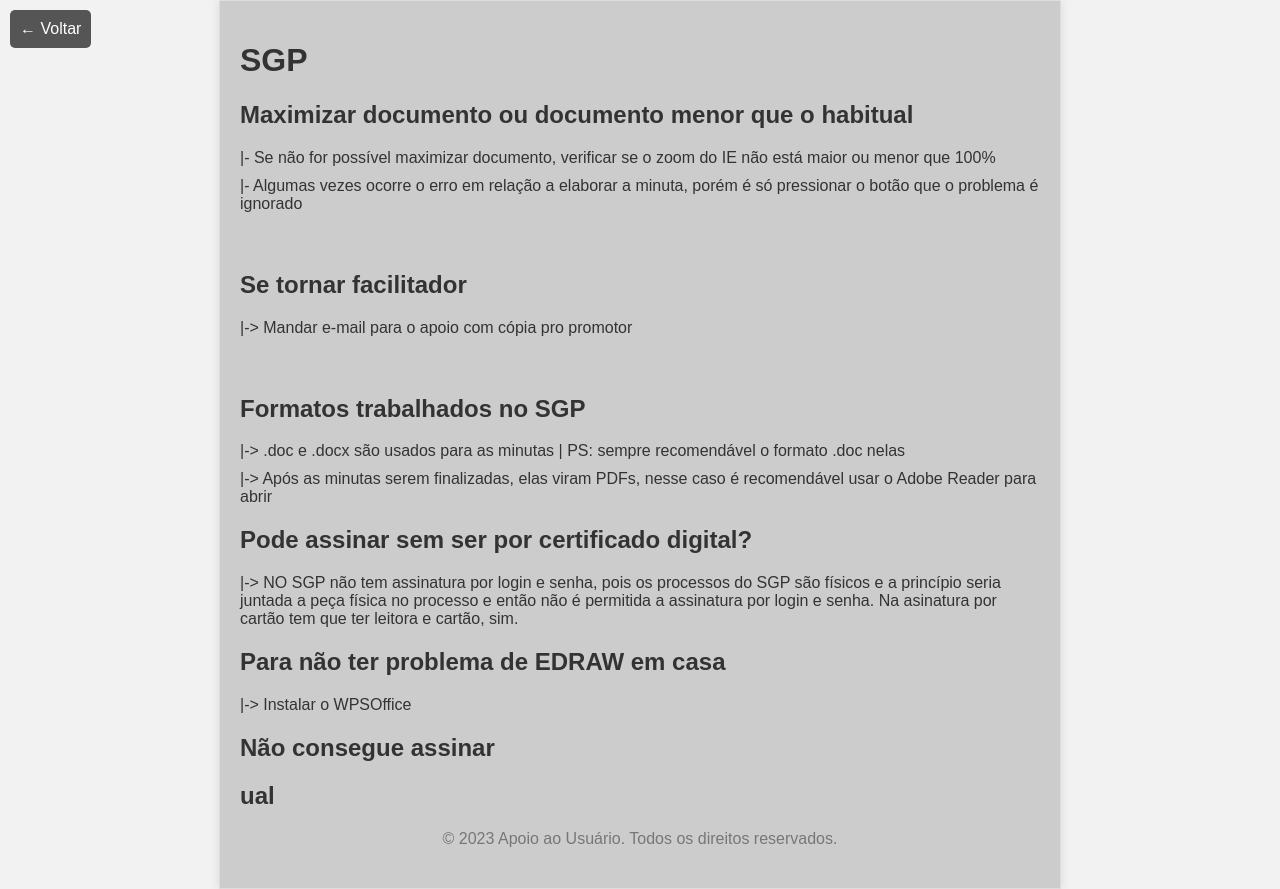
Repository: I4guito/dicasdez
Page: Dicas site/Dicas/SGP.html
These files come from the project's save history. The page is drawn as it stood at one moment and after the next save; the edit follows.
The browser window is 1280 px wide. The pictures show the whole page.

Above is the page before, as saved 2023-12-05 13:33:31.

### Dicas site/Dicas/SGP.html
<!DOCTYPE html>
<html lang="pt-br">
<head>
    <meta charset="UTF-8">
    <meta name="viewport" content="width=device-width, initial-scale=1.0">
    <link rel="stylesheet" href="padrao.css">
    <script src="/Dicas site/script.js"></script>
    <title>SGP</title>
</head>
<body>
    <div class="container">
        <header>
        <a href="javascript:history.back()" class="voltar-btn">&#8592; Voltar</a>
            <h1>SGP</h1>
        </header>
        <section>
            <h2>Maximizar documento ou documento menor que o habitual</h2>
            <p></p>
            <ul>
                <li>|- Se não for possível maximizar documento, verificar se o zoom do IE não está maior ou menor que 100%</li>
                <li>|- Algumas vezes ocorre o erro em relação a elaborar a minuta, porém é só pressionar o botão que o problema é ignorado</li>
            </ul>
        </section><br>

        <section>
            <h2>Se tornar facilitador</h2>
            <p>|-> Mandar e-mail para o apoio com cópia pro promotor</p>
            <ul>
                <li></li>
                <li></li>
            </ul>
        </section><br>

        <section>
            <h2>Formatos trabalhados no SGP</h2>
            <ul>
                <li>|-> .doc e .docx são usados para as minutas | PS: sempre recomendável o formato .doc nelas</li>
                <li>|-> Após as minutas serem finalizadas, elas viram PDFs, nesse caso é recomendável usar o Adobe Reader para abrir</li>
            </ul>
        </section>

        <section>
            <h2>Pode assinar sem ser por certificado digital?</h2>
            <p></p>
            <ul>
                <li>|-> NO SGP não tem assinatura por login e senha, pois os processos do SGP são físicos e a princípio seria juntada a peça física no processo e então não é permitida a assinatura por login e senha. Na asinatura por cartão tem que ter leitora e cartão, sim.</li>
                <li></li>
            </ul>
        </section>

        <section>
            <h2>Para não ter problema de EDRAW em casa</h2>
            <ul>
                <li>|-> Instalar o WPSOffice
                </li>
                <li></li>
            </ul>
        </section>

        <section>
            <h2>Não consegue assinar</h2>
            <p></p>
            <ul>
                <li></li>
                <li></li>
            </ul>
        </section>

        <section>
            <h2>ual</h2>
            <p></p>
            <ul>
                <li></li>
                <li></li>
            </ul>
        </section>


        <footer>
            <p>&copy; 2023 Apoio ao Usuário. Todos os direitos reservados.</p>
        </footer>
    </div>
</body>
</html>

### Dicas site/Dicas/padrao.css
body {
    font-family: 'Arial', sans-serif;
    margin: 0;
    padding: 0;
    background-color: #f2f2f2;
    color:#fff
}

.container {
    max-width: 800px;
    margin: 0 auto;
    background-color: #ccc;
    padding: 20px;
    box-shadow: 0 0 10px rgba(0, 0, 0, 0.1);
    border: 1px solid #ddd;
    color: #333;
}

header, section, footer {
    margin-bottom: 20px;
}

header h1, section h2 {
    color: #333;
}

ul {
    list-style: none;
    padding: 0;
}

li {
    margin-bottom: 10px;
}

footer {
    text-align: center;
    color: #777;
}

.voltar-btn {
    position: absolute;
    left: 10px;
    top: 10px;
    text-decoration: none;
    color: #fff;
    font-size: 16px;
    padding: 10px;
    background-color: #555;
    border: none;
    border-radius: 5px;
    cursor: pointer;
    transition: background-color 0.3s;
}

.voltar-btn:hover {
    background-color: #777;
}

img {

    margin-inline: 5cm;
    max-width: 100%;
    border-radius: 3%;
}

.link-instrucoes {
    font-family:cursive;
    width: 50px;
    left: 10px;
    text-decoration: none;
    color: #fff;
    font-size: 25px;
    padding: 3px;
    background-color: #555;
    border: none;
    border-radius: 10px;
    cursor: pointer;
    transition:  background-color 0.3s;
}

.link-instrucoes:hover {
    background-color:#777
}

.step {
    max-width: 800px;
    margin: 0 auto;
    background-color: #333;
    padding: 20px;
    box-shadow: 0 0 10px rgba(0, 0, 0, 0.1);
    border: 1px solid #ddd;
    color: #333;
    margin-bottom: 40px;
    padding: 20px;
    border-radius: 8px;
    box-shadow: 0 4px 8px rgba(0, 0, 0, 0.1);
}



.container img {
    display: block;
    max-width: 35%;
    height: auto;
    display: block;
    margin: 20px auto;
    border-radius: 8px;
    box-shadow: 0 4px 8px rgba(0, 0, 0, 0.1);


}

.image-zoom input[type="checkbox"] {
    display: none;
}

.image-zoom img {
    max-width: 100%;
    height: auto;
    cursor: pointer;
    transition: transform 0.3s ease-in-out;
}

.image-zoom input[type="checkbox"]:checked + img {
    transform: scale(1.5);
}

### Dicas site/script.js
function filterItems() {
    var searchBar = document.getElementById('searchBar');
    var filter = searchBar.value.toUpperCase();

    var columns = document.getElementsByClassName('column');
    for (var i = 0; i < columns.length; i++) {
        var boxes = columns[i].getElementsByClassName('box');
        for (var j = 0; j < boxes.length; j++) {
            var item = boxes[j];
            var textValue = item.textContent || item.innerText;
            if (textValue.toUpperCase().indexOf(filter) > -1) {
                item.style.display = "";
            } else {
                item.style.display = "none";
            }
        }
    }
}

function openPage(pageName) {
    window.location.href = pageName + '.html';
}

const isOpera = navigator.userAgent.indexOf("OPR") > -1;

if (isOpera) {
    document.addEventListener("DOMContentLoaded", function () {
        const containers = document.querySelectorAll(".container");
        containers.forEach(function (container) {
            container.style.backgroundColor = "#005c4b";
            container.style.color = "#333";
        });
    });
}

After the next save:
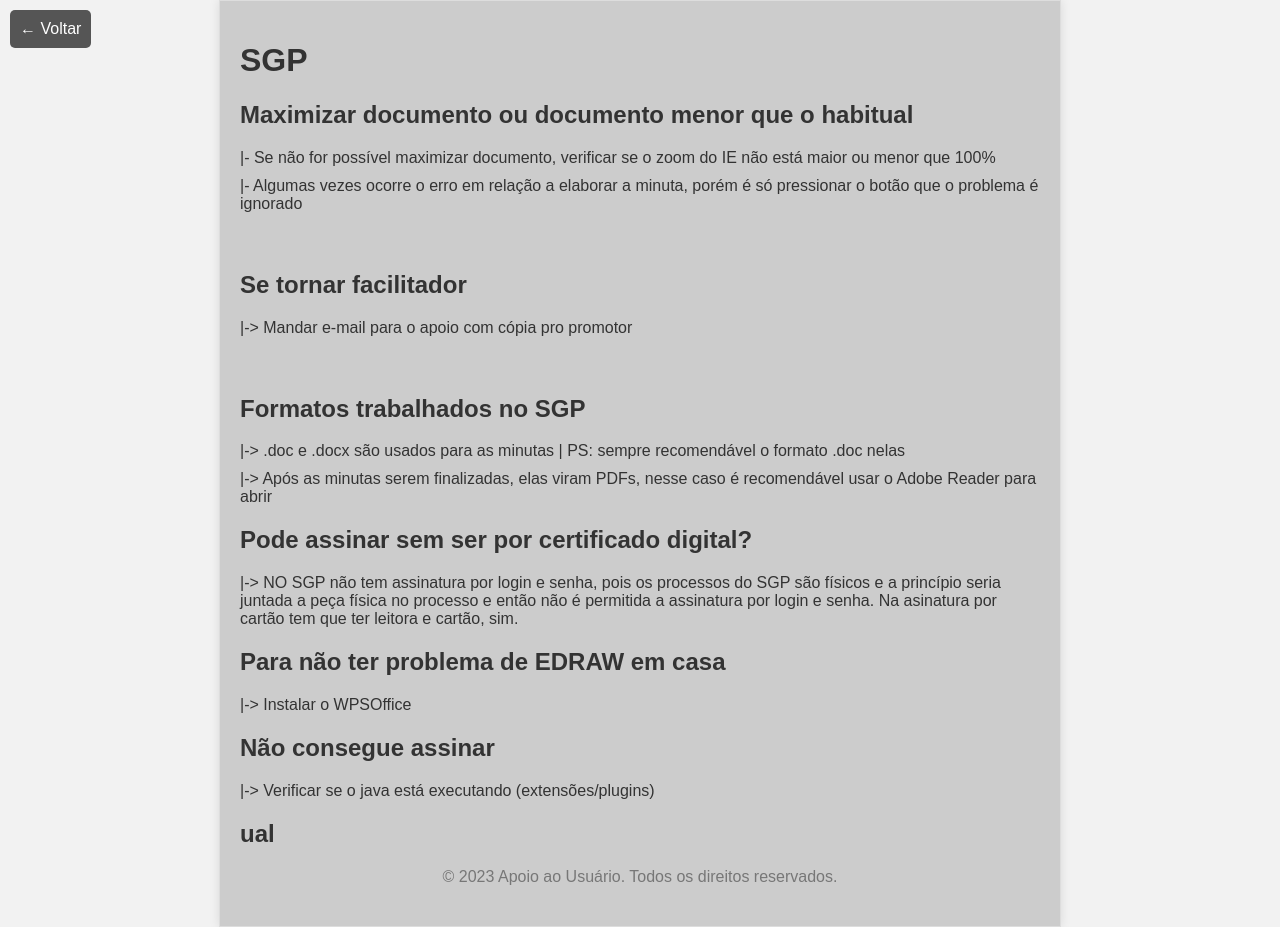
Saved 17 s later.
--- a/Dicas site/Dicas/SGP.html
+++ b/Dicas site/Dicas/SGP.html
@@ -59,7 +59,7 @@
 
         <section>
             <h2>Não consegue assinar</h2>
-            <p></p>
+            <p>|-> Verificar se o java está executando (extensões/plugins)</p>
             <ul>
                 <li></li>
                 <li></li>
